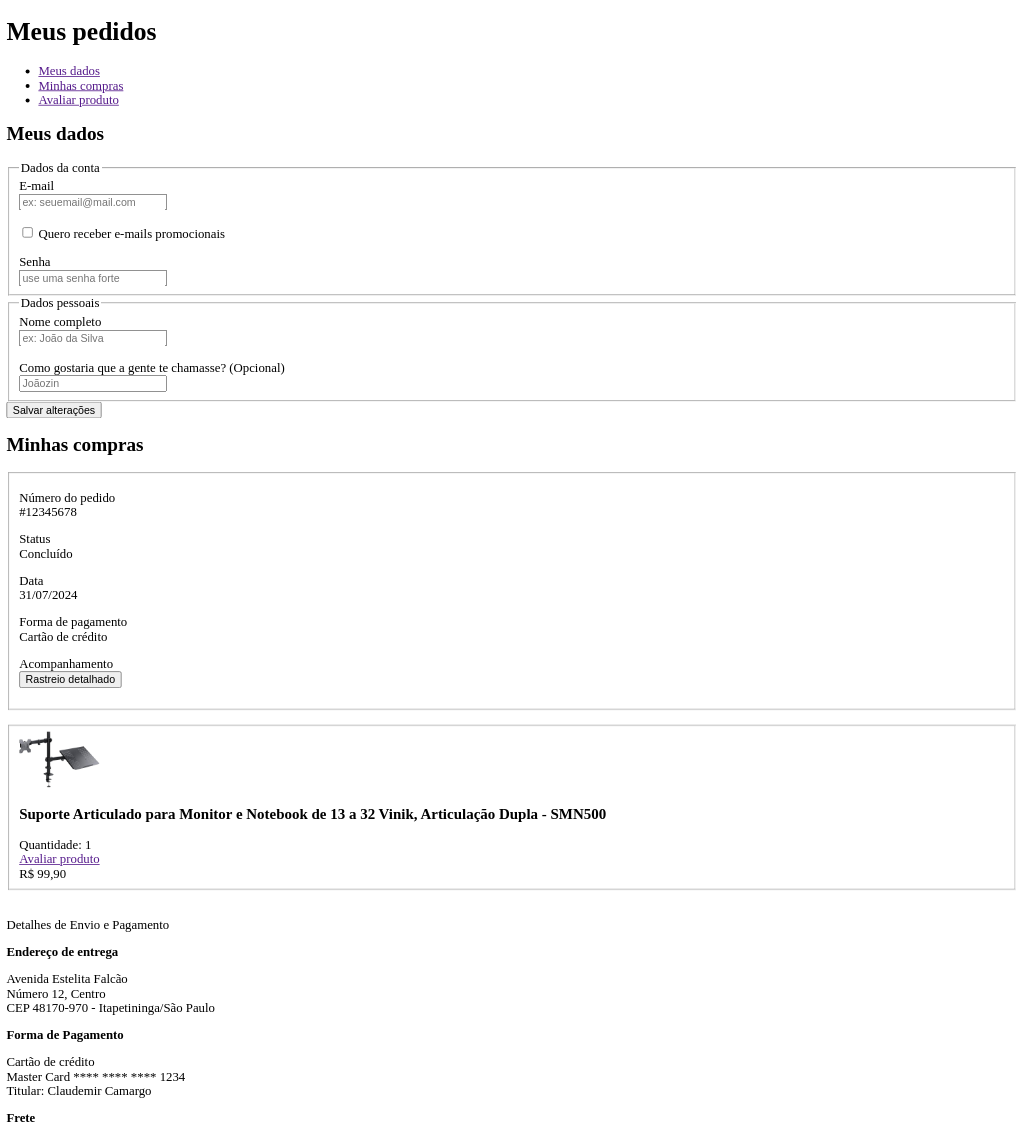
Repository: claudemir-camargo/site-compras
Page: index.html
An editor plug-in stored every save of this project. The page is shown before and after the next save, followed by the edit.
The browser window is 1280 px wide. The pictures show the whole page, at 80% of full size.

Above is the page before, as saved 2024-03-03 22:29:44.

### index.html
<!DOCTYPE html>
<html lang="en">

<head>
    <meta charset="UTF-8">
    <meta name="viewport" content="width=device-width, initial-scale=1.0">
    <link rel="stylesheet" type="text/css" href="css/style.css" />
    <title>Site de Compras</title>
</head>

<body>
    <h1>Meus pedidos</h1>
    <ul>
        <li><a href="">Meus dados</a></li>
        <li><a href="">Minhas compras</a></li>
        <li><a href="">Avaliar produto</a></li>
    </ul>
    <h2>Meus dados</h2>
    <!-- Conta -->
    <fieldset>
        <legend>Dados da conta</legend>
        <form>
            <label>E-mail</label><br>
            <input type="email" id="email" name="email" placeholder="ex: seuemail@mail.com"><br><br>
            <input type="checkbox">
            <label>Quero receber e-mails promocionais</label><br><br>
            <label>Senha</label><br>
            <input type="password" placeholder="use uma senha forte">
        </form>
    </fieldset>
    <!-- Pessoais -->
    <fieldset>
        <legend>Dados pessoais</legend>
        <form>
            <label>Nome completo</label><br>
            <input type="text" placeholder="ex: João da Silva"><br><br>
            <label>Como gostaria que a gente te chamasse? (Opcional) </label><br>
            <input type="text" placeholder="Joãozin">
        </form>
    </fieldset>
    <button type="button">Salvar alterações</button>
    <!-- Minhas compras -->
    <h2>Minhas compras</h2>
    <fieldset>
        <div class="details">
            <p>Número do pedido<br>#12345678</p>
            <p>Status<br>Concluído</p>
            <p>Data<br>31/07/2024</p>
            <p>Forma de pagamento<br>Cartão de crédito</p>
            <p>Acompanhamento<br><button>Rastreio detalhado</button></p>
    </fieldset>
    <!-- Produto -->
    <br>
    <fieldset>
        <img src="img/suporte.jpg" alt="Suporte">
        <h3><p>Suporte Articulado para Monitor e Notebook de 13 a 32 Vinik,
            Articulação Dupla - SMN500</p></h3>
        Quantidade: 1<br>
        <a href="">Avaliar produto</a><br>
        R$ 99,90
    </fieldset>
    <br>
    <p>Detalhes de Envio e Pagamento</p>
    <p><strong>Endereço de entrega</strong></p>
    Avenida Estelita Falcão<br>
    Número 12, Centro<br>
    CEP 48170-970 - Itapetininga/São Paulo
    <br>
    <p><strong>Forma de Pagamento</strong></p>
    Cartão de crédito<br>
    Master Card **** **** **** 1234<br>
    Titular:  Claudemir Camargo <br>
    <p><strong>Frete</strong></p>



</body>

</html>

### css/style.css
img {
    height: 70px;
    width: 100px;
}

After the next save:
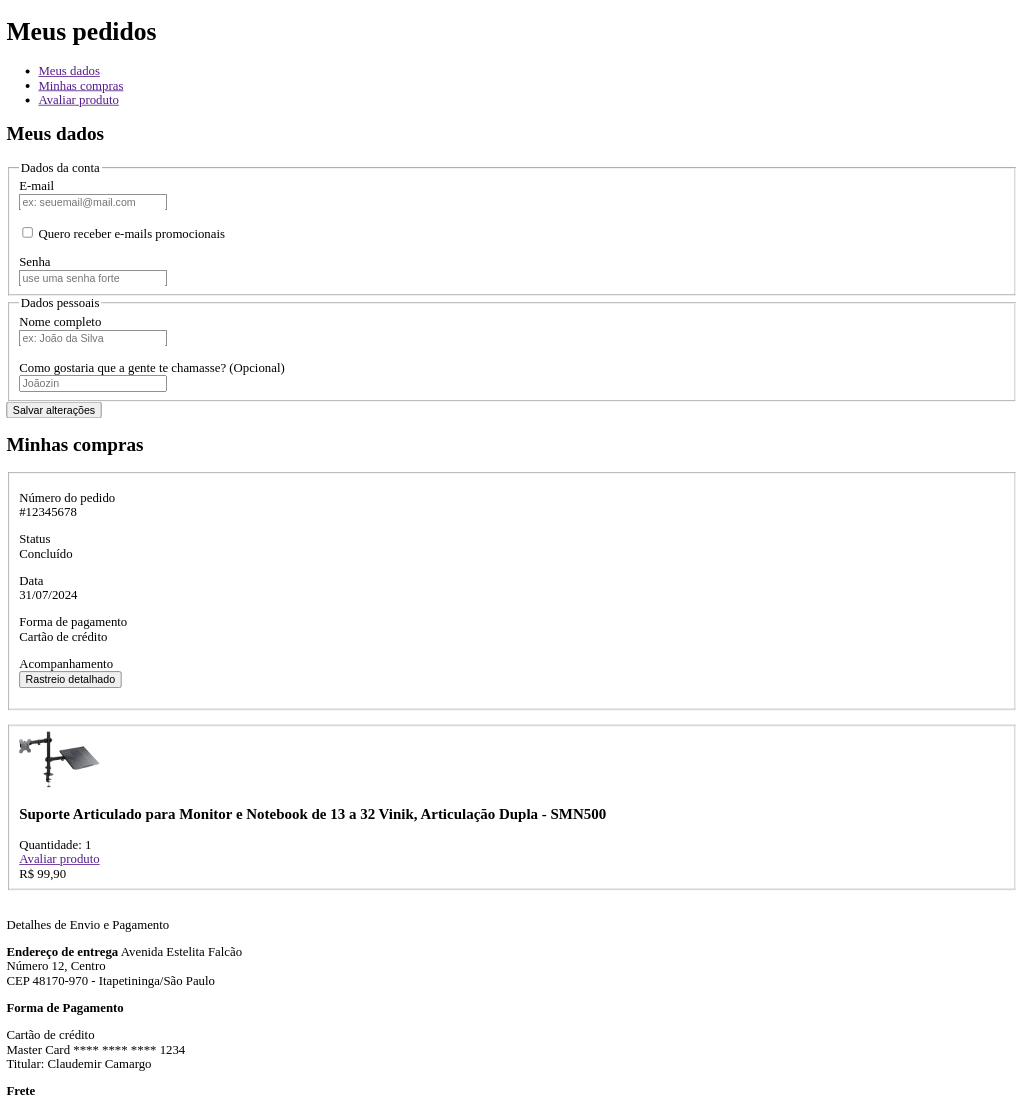
Saved 44 s later.
--- a/index.html
+++ b/index.html
@@ -61,7 +61,7 @@
     </fieldset>
     <br>
     <p>Detalhes de Envio e Pagamento</p>
-    <p><strong>Endereço de entrega</strong></p>
+    <strong>Endereço de entrega</strong>
     Avenida Estelita Falcão<br>
     Número 12, Centro<br>
     CEP 48170-970 - Itapetininga/São Paulo
